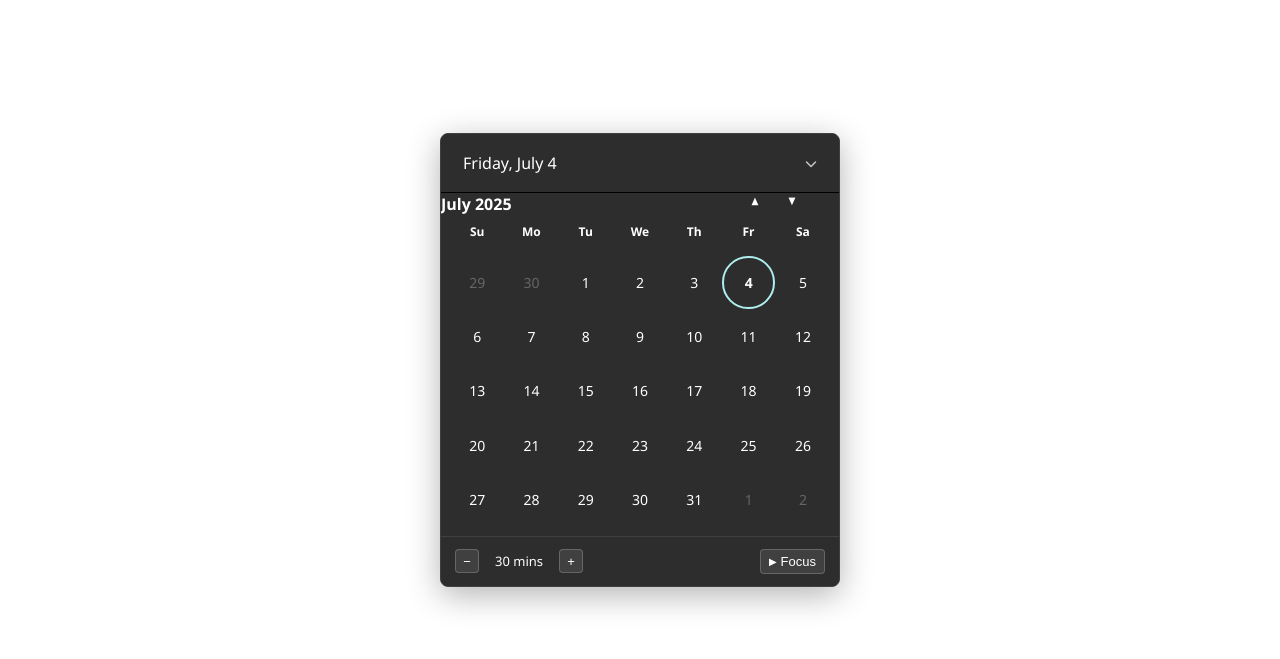
Repository: ThuTrang-jvb/JVB_BT2
Page: index.html
The author's editor kept a copy of each file at every save. The page is drawn from the files as they stood at one save, then again after the next save.
The browser window is 1280 px wide. The pictures show the whole page.

Above is the page before, as saved 2025-07-07 11:29:42.

After the next save:
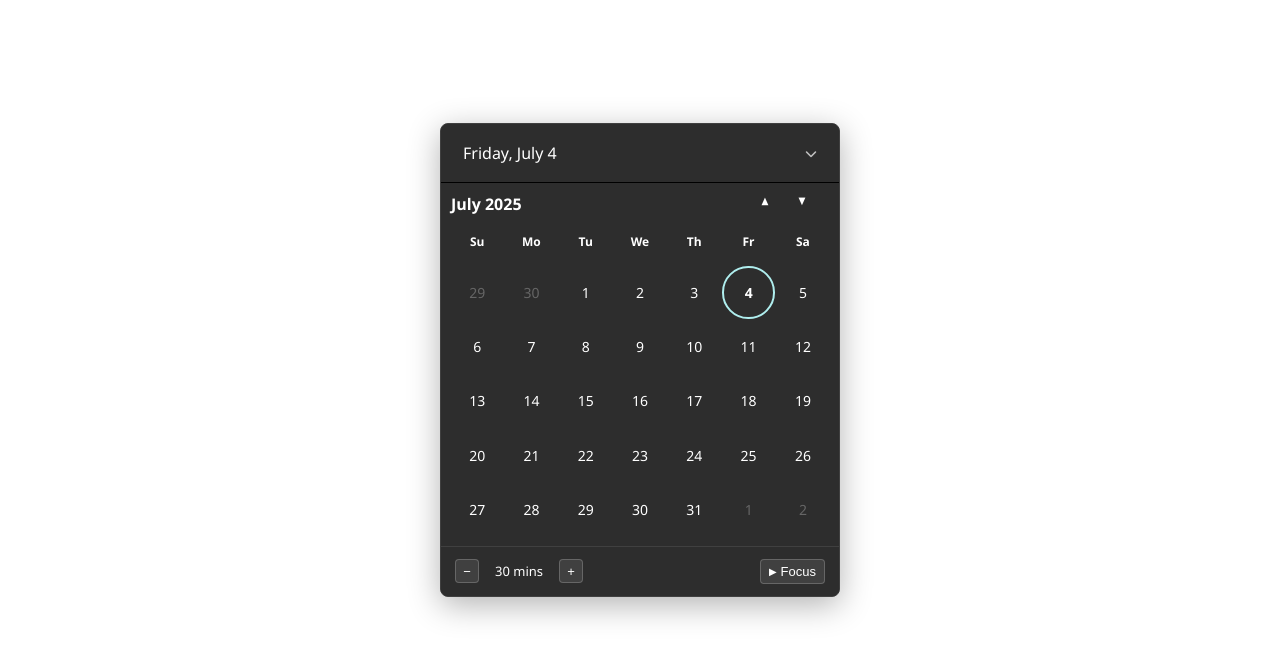
Saved 5 s later.
--- a/style.css
+++ b/style.css
@@ -58,7 +58,7 @@ body {
     align-items: center;
     justify-content: space-between;
     font-weight: 500;
-    padding: 10px
+    padding: 10px;
     background: #2d2d2d;
 }
 
